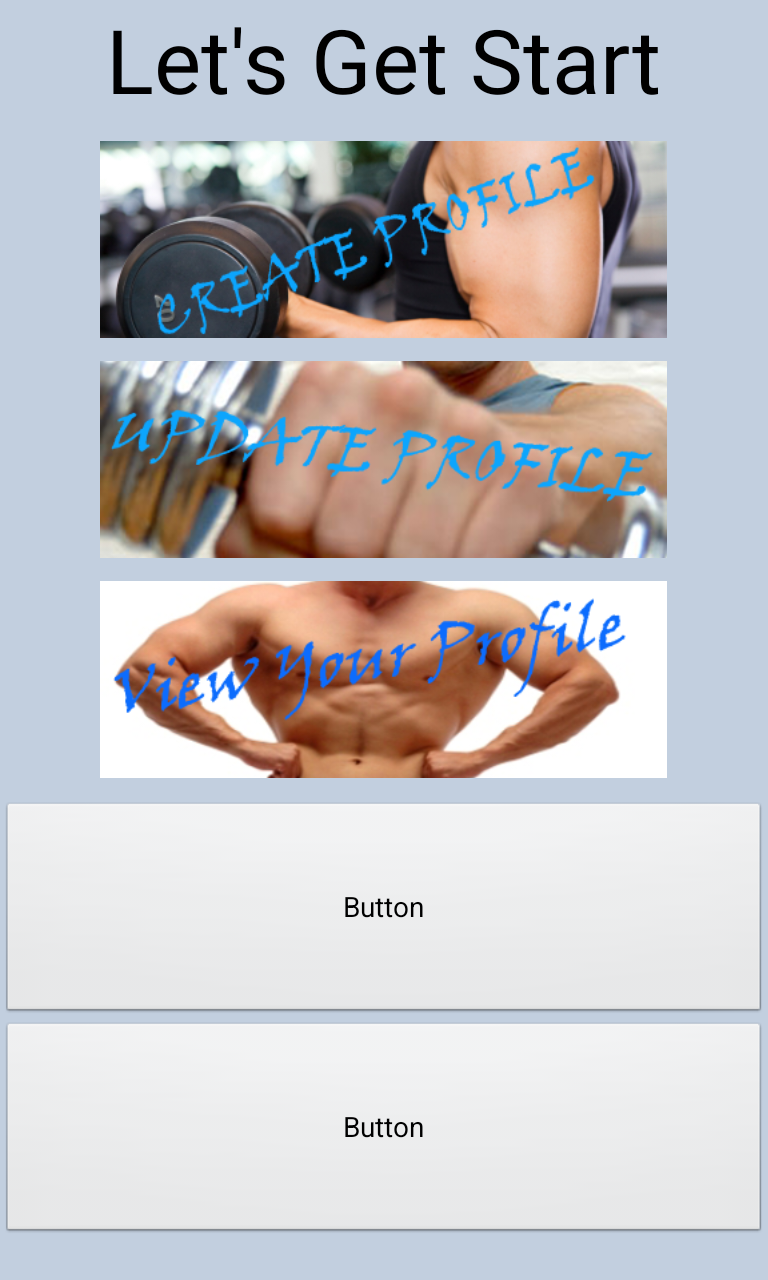
Repository: parinya1968/My-project
Layout: DroidWork/getBig/res/layout/profilemenu.xml
An editor plug-in stored every save of this project. The layout is shown before and after the next save, followed by the edit.
It is drawn on a 768 x 1280 px phone screen (xhdpi) without system bars, with theme android:Theme.NoTitleBar.Fullscreen; the app's code is not run.

Above is the layout before, as saved 2012-06-20 04:32:04.

After the next save:
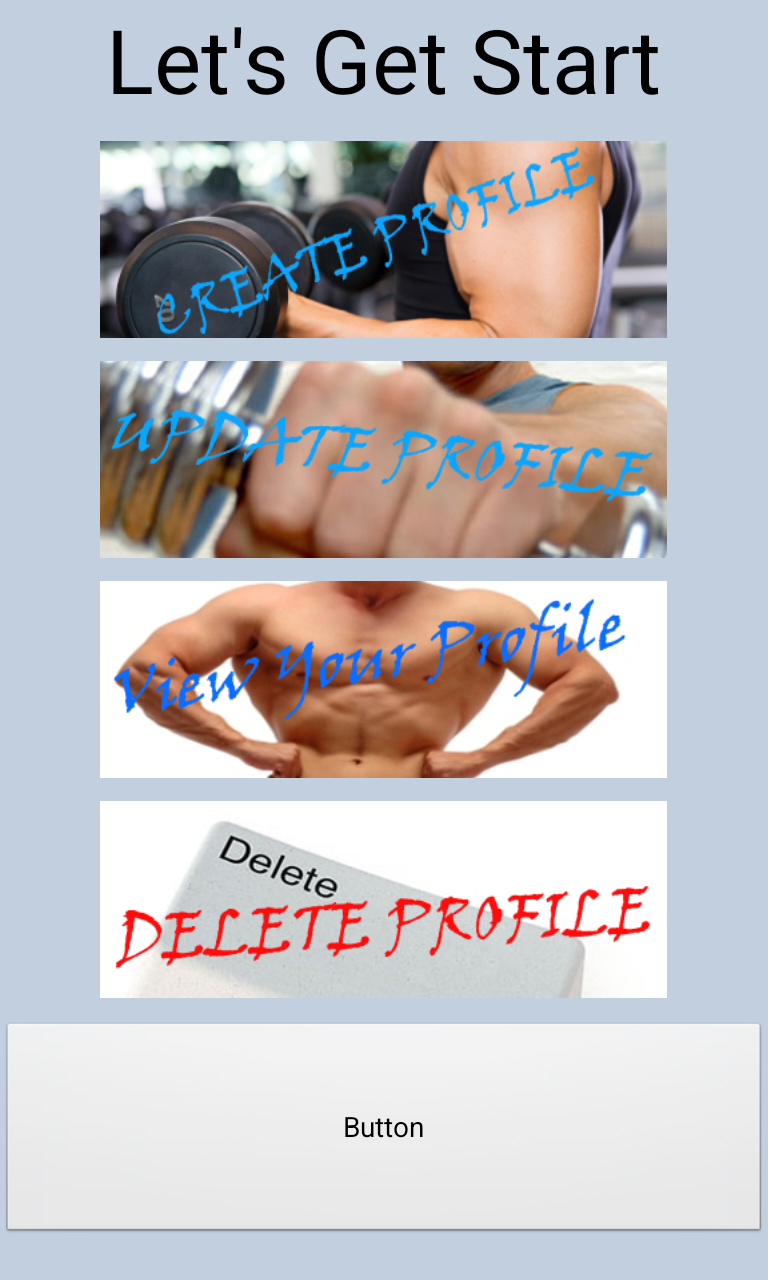
Saved 3 min 36 s later.
--- a/DroidWork/getBig/res/layout/profilemenu.xml
+++ b/DroidWork/getBig/res/layout/profilemenu.xml
@@ -48,7 +48,8 @@
             android:id="@+id/groups_profile_delete"
             android:layout_width="match_parent"
             android:layout_height="110dp"
-            android:text="Button" />
+            android:background="@android:color/transparent"
+            android:drawableTop="@drawable/deleteprofile"  />
 
         <Button
             android:id="@+id/groups_profile_viewR"
